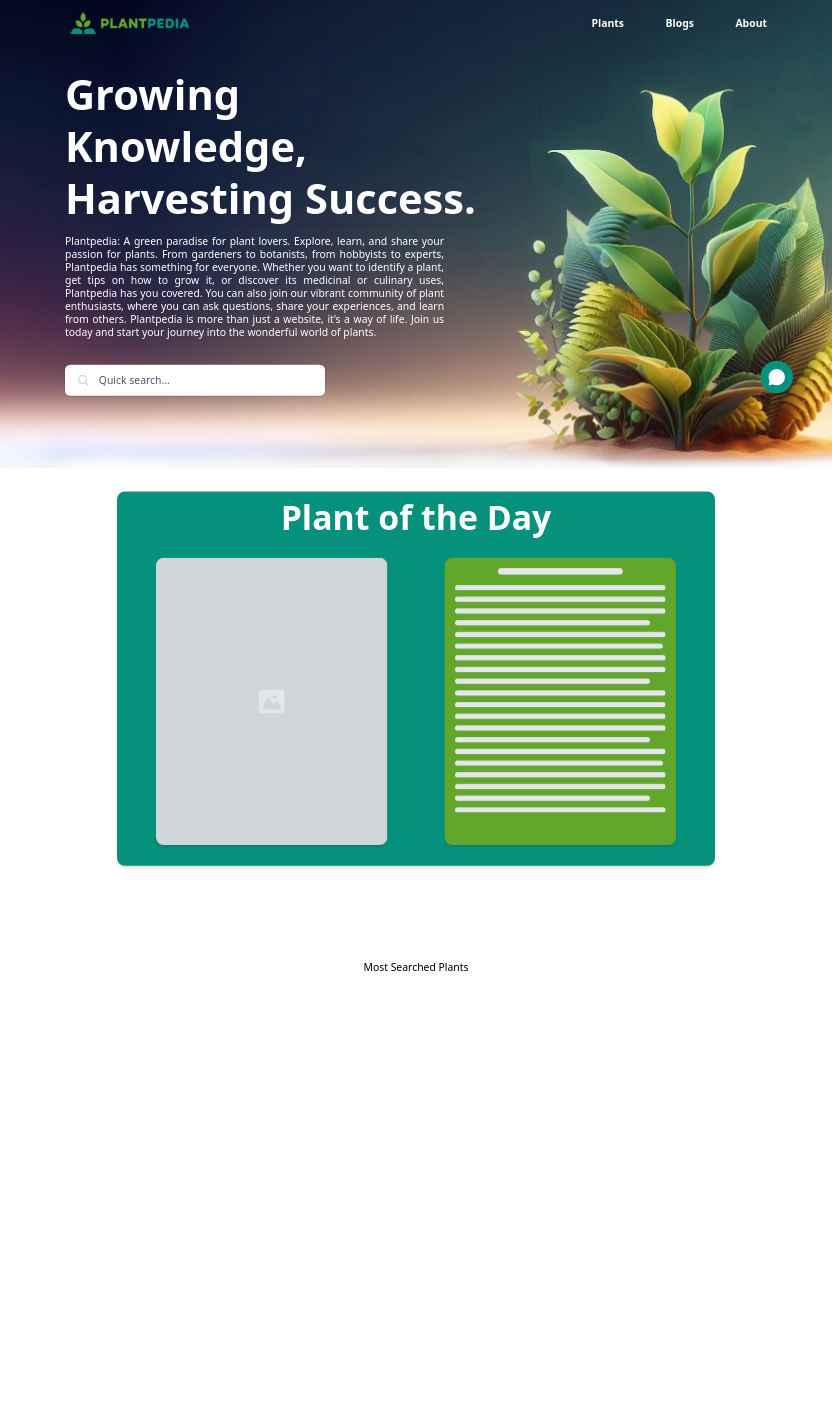
Repository: silham/PlantPedia
Page: /test/home
The author's editor kept a copy of each file at every save. The page is drawn from the files as they stood at one save, then again after the next save.
The browser window is 1280 px wide. The pictures show the whole page, at 65% of full size.
The page's requests for data from a server got no answer. The project was rebuilt for these pictures with package versions that can differ from the ones it lists, and the page was loaded fresh each time. The framework's server and built-in components were replaced by stand-ins that run in the browser. No one was signed in, and anything a server would have sent is missing. Also part of the build but not shown: next.config.js, app/components/SearchBox.css, app/test/Chat/style.css, app/utils/Formatter.ts.

Above is the page before, as saved 2023-10-16 14:40:21.

### app/layout.tsx
import "./globals.css";
import "remixicon/fonts/remixicon.css";
import type { Metadata } from "next";

export const metadata: Metadata = {
  title: "Plantpedia",
  description: "Growing knowledge, harvesting success",
};

export default function RootLayout({
  children,
}: {
  children: React.ReactNode;
}) {
  return (
    <html lang="en">
      <head>
        <meta
          name="format-detection"
          content="telephone=no, date=no, email=no, address=no"
        />
      </head>
      <body>{children}</body>
    </html>
  );
}

### app/test/home/page.tsx
import Image from "next/image";
import Link from "next/link";
import "./styles.css";
import { MainSearchBtn, SideSearchBtn } from "./SearchBtns";
import PlantOfDay from "./PlantOfDay";
import Chat from "../Chat/Chat";
import TrendingTopics from "./TrendingTopics";

const Home = () => {
  return (
    <>
      <section className="h-[100vh] w-[100vw] px-[100px] hero bg-cover text-white">
        <header className="h-[10vh] w-full flex justify-between py-2 items-center">
          <div className="h-full flex items-center justify-center">
            <Image src="/plantpedia.png" width={200} height={90} alt="logo" />
          </div>
          <nav className="flex justify-between text-[16px] font-semibold text-white w-[25%]">
            <Link href="/plants">Plants</Link>
            <Link href="/blogs">Blogs</Link>
            <Link href="/about#">About</Link>
          </nav>
        </header>
        <div className="w-[60%] h-full">
          <div className="flex flex-col justify-center h-full">
            <h2 className="text-[64px] font-extrabold leading-tight shadow-sm mb-4 -mt-[150px]">
              Growing Knowledge,
              <br />
              Harvesting Success.
            </h2>
            <h4 className="text-[16px] text-justify leading-tight w-[90%] mb-10">
              Plantpedia: A green paradise for plant lovers. Explore, learn, and
              share your passion for plants. From gardeners to botanists, from
              hobbyists to experts, Plantpedia has something for everyone.
              Whether you want to identify a plant, get tips on how to grow it,
              or discover its medicinal or culinary uses, Plantpedia has you
              covered. You can also join our vibrant community of plant
              enthusiasts, where you can ask questions, share your experiences,
              and learn from others. Plantpedia is more than just a website,
              it’s a way of life. Join us today and start your journey into the
              wonderful world of plants.
            </h4>
            <MainSearchBtn />
          </div>
        </div>
      </section>

      <section className="h-[100vh] w-[100vw] px-[180px]">
        <PlantOfDay />
      </section>

      <section className="h-[100vh] w-[100vw] px-[100px]">
        <TrendingTopics />
      </section>
      <SideSearchBtn />
      <Chat />
    </>
  );
};

export default Home;

### app/globals.css
@import url("https://fonts.googleapis.com/css2?family=Inter:wght@400;500;600&family=Poppins:wght@400;500;600&display=swap");
@tailwind base;
@tailwind components;
@tailwind utilities;

body {
  padding: 0;
  margin: 0;
  max-width: 100vw;
  overflow-x: hidden;
}

@layer utilities {
  .animation-delay-200 {
    animation-delay: 0.2s;
  }
  .animation-delay-400 {
    animation-delay: 0.4s;
  }
}

.circle {
  @apply w-2 h-2 mx-1 mb-0.5 mt-1 bg-gray-500 rounded-full;
}

### app/test/home/styles.css
.hero {
  background-image: url("/hero-bg.png");
}

.animate-sideSearchBtn-in {
  animation: animation-search-in 500ms ease-in forwards;
}

@keyframes animation-search-in {
  0% {
    opacity: 0;
    right: 0;
  }
  100% {
    opacity: 1;
    right: 60px;
  }
}

.animate-sideSearchBtn-out {
  animation: animation-search-out 500ms ease-out forwards;
}

@keyframes animation-search-out {
  0% {
    opacity: 1;
    right: 60px;
  }
  100% {
    opacity: 0;
    right: 0;
  }
}

### app/test/home/SearchBtns.tsx
"use client";
import SearchBox from "@/app/components/SearchBox";
import { useEffect, useRef } from "react";
import "./styles.css";

export const MainSearchBtn: React.FC = () => {
  const overlayRef = useRef<HTMLDivElement>(null);

  // This function is called when the "Start Searching" button gets clicked
  const openSearch = () => {
    if (overlayRef.current) {
      overlayRef.current.style.width = "100%";
    }
  };

  // This function is called when the "Close" button is clicked
  const closeSearch = () => {
    if (overlayRef.current) {
      overlayRef.current.style.width = "0%";
    }
  };
  return (
    <>
      <div>
        <button
          onClick={openSearch}
          type="button"
          className="hidden sm:flex items-center w-[400px] text-left space-x-3 px-4 h-12 bg-white ring-1 ring-slate-900/10 hover:ring-slate-300 focus:outline-none focus:ring-2 focus:ring-sky-500 shadow-sm rounded-lg text-slate-600"
        >
          <svg
            width="24"
            height="24"
            fill="none"
            stroke="currentColor"
            strokeWidth="2"
            strokeLinecap="round"
            strokeLinejoin="round"
            className="flex-none text-slate-300 dark:text-slate-400"
            aria-hidden="true"
          >
            <path d="m19 19-3.5-3.5"></path>
            <circle cx="11" cy="11" r="6"></circle>
          </svg>
          <span className="flex-auto">Quick search...</span>
        </button>
      </div>
      {/* The search overlay */}
      <div
        ref={overlayRef}
        className="flex h-[100vh] max-h-[100vh] w-0 fixed top-0 left-0 bg-black bg-opacity-90 duration-500 overflow-hidden z-10 "
      >
        <button
          className="absolute top-[20px] right-10 text-[60px] border-none bg-transparent cursor-pointer text-white"
          onClick={closeSearch}
        >
          &times;
        </button>
        <div className="relative top-[15%] w-full text-center mt-[30px] ">
          <SearchBox
            props={{
              n: 8,
              content: "",
              className:
                "relative w-[88%] flex justify-between items-center mx-[80px] rounded-full bg-[#EEF5B1] text-black",
              classNameUl:
                "absolute top-full left-0 right-0 z-10 bg-[#EEF5B1] rounded-lg shadow-lg overflow-hidden mt-[3px]",
              classNameLi: "border-b-[1px] border-gray-400",
              classNameLink:
                "px-4 py-2 hover:bg-gray-400 transition-colors flex flex-row justify-between items-center",
            }}
          />
        </div>
      </div>
    </>
  );
};

export const SideSearchBtn: React.FC = () => {
  const overlayRef = useRef<HTMLDivElement>(null);

  // This function is called when the "Start Searching" button gets clicked
  const openSearch = () => {
    if (overlayRef.current) {
      overlayRef.current.style.width = "100%";
    }
  };

  // This function is called when the "Close" button is clicked
  const closeSearch = () => {
    if (overlayRef.current) {
      overlayRef.current.style.width = "0%";
    }
  };
  useEffect(() => {
    const handleScroll = () => {
      const sideSearchBtn = document.getElementById("sideSearchBtn");
      var vh = window.innerHeight;
      var scrollHeight = window.scrollY;
      if (
        scrollHeight < vh * 0.2 &&
        sideSearchBtn?.classList.contains("animate-sideSearchBtn-in")
      ) {
        sideSearchBtn.classList.remove("animate-sideSearchBtn-in");
        sideSearchBtn.classList.add("animate-sideSearchBtn-out");
      }
      if (scrollHeight >= vh * 0.2) {
        sideSearchBtn?.classList.remove("animate-sideSearchBtn-out");
        sideSearchBtn?.classList.add("animate-sideSearchBtn-in");
      }
    };

    window.addEventListener("scroll", handleScroll);

    // Cleanup function to remove the event listener
    return () => {
      window.removeEventListener("scroll", handleScroll);
    };
  }, []); // Empty dependency array means this effect runs once on mount and cleanup on unmount

  return (
    <>
      <div
        id="sideSearchBtn"
        className="fixed bottom-[50px] right-0 opacity-0 rounded-full bg-custom-blue-green shadow-xl w-[50px] h-[50px] flex items-center justify-center cursor-pointer"
        onClick={openSearch}
      >
        <i className="text-[24px] text-white ri-search-2-line"></i>
      </div>
      {/* The search overlay */}
      <div
        ref={overlayRef}
        className="flex h-[100vh] max-h-[100vh] w-0 fixed top-0 left-0 bg-black bg-opacity-90 duration-500 overflow-hidden z-10 "
      >
        <button
          className="absolute top-[20px] right-10 text-[60px] border-none bg-transparent cursor-pointer text-white"
          onClick={closeSearch}
        >
          &times;
        </button>
        <div className="relative top-[15%] w-full text-center mt-[30px] ">
          <SearchBox
            props={{
              n: 8,
              content: "",
              className:
                "relative w-[88%] flex justify-between items-center mx-[80px] rounded-full bg-[#EEF5B1] text-black",
              classNameUl:
                "absolute top-full left-0 right-0 z-10 bg-[#EEF5B1] rounded-lg shadow-lg overflow-hidden mt-[3px]",
              classNameLi: "border-b-[1px] border-gray-400",
              classNameLink:
                "px-4 py-2 hover:bg-gray-400 transition-colors flex flex-row justify-between items-center",
            }}
          />
        </div>
      </div>
    </>
  );
};

### app/test/home/PlantOfDay.tsx
"use client";
import { useEffect, useState, useRef } from "react";
import Image from "next/image";
import TextShorter from "@/app/utils/TextShorter";
import Link from "next/link";
import UrlGen from "@/app/utils/SlugGen";

const PlantOfDay = () => {
  const isInitialized = useRef<boolean>(false); // todo : Remove at production
  const [Pod, setPod] = useState({
    id: 0,
    plantsId: "",
    plant: {
      common_name: "",
      scientific_name: "",
      img: "",
      description: "",
    },
  });
  const [imgWH, setImgWH] = useState([0, 0]);
  useEffect(() => {
    if (!isInitialized.current) {
      const fetchPod = async () => {
        try {
          const res = await fetch(`http://localhost:3000/api/pod`);
          const data = await res.json();
          setPod(data);
        } catch (error) {
          console.log(error);
        }
      };
      fetchPod();
      if (typeof window !== "undefined") {
        const vw = window.innerWidth;
        const vh = window.innerHeight;
        const imgWidth = Math.floor((vw - 232) * 0.4);
        const imgHeight = Math.floor(vh * 0.8 - 48);
        setImgWH([imgWidth, imgHeight]);
      }
      isInitialized.current = true;
    }
  }, []);

  return (
    <div className="flex rounded-xl bg-custom-blue-green w-full h-[80vh] my-[5vh] flex-col shadow-md">
      <div className="w-full h-[15%] flex justify-center">
        <h3 className="text-[52px] text-white font-black">Plant of the Day</h3>
      </div>
      <div className="w-[full] h-[85%] flex items-center pt-4 pb-8 px-4 justify-around">
        {Pod.plant.common_name != "" ? (
          <>
            <div
              className="h-full w-[40%] bg-amber-800 rounded-xl overflow-hidden object-contain shadow-md"
              id="pod_imageContainer"
            >
              {imgWH[0] ? (
                <Image
                  src={`https://ik.imagekit.io/shakil/agro_finder/tr:w-${imgWH[0]},h-${imgWH[1]}/${Pod.plant.img}`}
                  width={imgWH[0]}
                  height={imgWH[1]}
                  alt={Pod.plant.common_name}
                />
              ) : null}
            </div>
            <div className="h-full w-[40%] bg-custom-green rounded-xl flex items-center flex-col p-4 shadow-md">
              <h4 className="text-white text-[36px] font-bold leading-snug">
                {TextShorter(Pod.plant.common_name, 20)}
              </h4>
              <h5 className="text-white text-[24px] italic font-semibold mb-2">
                {Pod.plant.scientific_name}
              </h5>
              <div className="bg-white text-[16px] w-full flex-grow rounded-md p-2 text-justify">
                {TextShorter(Pod.plant.description, 350)}
              </div>
              <Link href={UrlGen("plants", Pod.plant.scientific_name)}>
                <button className="bg-custom-blue-green text-white text-[16px] font-semibold mt-4 py-2 px-4 rounded-md">
                  Learn more...
                </button>
              </Link>
            </div>
          </>
        ) : (
          <>
            <div
              className="h-full w-[40%] bg-transparent rounded-xl overflow-hidden object-contain shadow-md"
              id="pod_imageContainer"
            >
              <div
                role="status"
                className="flex items-center justify-center h-full w-full bg-gray-300 animate-pulse dark:bg-gray-700"
              >
                <svg
                  className="w-10 h-10 text-gray-200 dark:text-gray-600"
                  aria-hidden="true"
                  xmlns="http://www.w3.org/2000/svg"
                  fill="currentColor"
                  viewBox="0 0 20 18"
                >
                  <path d="M18 0H2a2 2 0 0 0-2 2v14a2 2 0 0 0 2 2h16a2 2 0 0 0 2-2V2a2 2 0 0 0-2-2Zm-5.5 4a1.5 1.5 0 1 1 0 3 1.5 1.5 0 0 1 0-3Zm4.376 10.481A1 1 0 0 1 16 15H4a1 1 0 0 1-.895-1.447l3.5-7A1 1 0 0 1 7.468 6a.965.965 0 0 1 .9.5l2.775 4.757 1.546-1.887a1 1 0 0 1 1.618.1l2.541 4a1 1 0 0 1 .028 1.011Z" />
                </svg>
                <span className="sr-only">Loading...</span>
              </div>
            </div>
            <div className="h-full w-[40%] bg-custom-green rounded-xl flex items-center flex-col p-4 shadow-md">
              <div role="status" className="w-full animate-pulse">
                <div className="w-full h-4 flex justify-center mb-2.5">
                  <div className="h-2.5 bg-gray-200 rounded-full dark:bg-gray-700 w-48 mb-4"></div>
                </div>
                <div className="h-2 bg-gray-200 rounded-full dark:bg-gray-700 max-w-[360px] mb-2.5"></div>
                <div className="h-2 bg-gray-200 rounded-full dark:bg-gray-700 mb-2.5"></div>
                <div className="h-2 bg-gray-200 rounded-full dark:bg-gray-700 max-w-[330px] mb-2.5"></div>
                <div className="h-2 bg-gray-200 rounded-full dark:bg-gray-700 max-w-[300px] mb-2.5"></div>
                <div className="h-2 bg-gray-200 rounded-full dark:bg-gray-700 max-w-[360px] mb-2.5"></div>
                <div className="h-2 bg-gray-200 rounded-full dark:bg-gray-700 max-w-[320px] mb-2.5"></div>
                <div className="h-2 bg-gray-200 rounded-full dark:bg-gray-700 mb-2.5"></div>
                <div className="h-2 bg-gray-200 rounded-full dark:bg-gray-700 max-w-[330px] mb-2.5"></div>
                <div className="h-2 bg-gray-200 rounded-full dark:bg-gray-700 max-w-[300px] mb-2.5"></div>
                <div className="h-2 bg-gray-200 rounded-full dark:bg-gray-700 max-w-[360px] mb-2.5"></div>
                <div className="h-2 bg-gray-200 rounded-full dark:bg-gray-700 max-w-[360px] mb-2.5"></div>
                <div className="h-2 bg-gray-200 rounded-full dark:bg-gray-700 mb-2.5"></div>
                <div className="h-2 bg-gray-200 rounded-full dark:bg-gray-700 max-w-[330px] mb-2.5"></div>
                <div className="h-2 bg-gray-200 rounded-full dark:bg-gray-700 max-w-[300px] mb-2.5"></div>
                <div className="h-2 bg-gray-200 rounded-full dark:bg-gray-700 max-w-[360px] mb-2.5"></div>
                <div className="h-2 bg-gray-200 rounded-full dark:bg-gray-700 max-w-[320px] mb-2.5"></div>
                <div className="h-2 bg-gray-200 rounded-full dark:bg-gray-700 mb-2.5"></div>
                <div className="h-2 bg-gray-200 rounded-full dark:bg-gray-700 max-w-[330px] mb-2.5"></div>
                <div className="h-2 bg-gray-200 rounded-full dark:bg-gray-700 max-w-[300px] mb-2.5"></div>
                <div className="h-2 bg-gray-200 rounded-full dark:bg-gray-700 max-w-[360px]"></div>
                <span className="sr-only">Loading...</span>
              </div>
            </div>
          </>
        )}
      </div>
    </div>
  );
};

export default PlantOfDay;

### app/test/home/TrendingTopics.tsx
import React from "react";

const TrendingTopics = () => {
  return (
    <div className="flex w-full">
      <div className="w-full flex justify-center h-[15%]">
        <h3 className="">Most Searched Plants</h3>
      </div>
    </div>
  );
};

export default TrendingTopics;

### app/components/SearchBox.tsx
"use client";
import Link from "next/link";
import { useEffect, useRef, useState } from "react";
import "./SearchBox.css";
import UrlGen from "../utils/SlugGen";

interface Props {
  props: {
    content: string;
    className: string;
    classNameUl: string;
    classNameLi: string;
    classNameLink: string;
    n: number;
  };
}

function SearchBox({ props }: Props) {
  const [searchTerm, setSearchTerm] = useState("");
  const [results, setResults] = useState([
    {
      id: "",
      common_name: "",
      scientific_name: "",
      type: "",
    },
  ]);
  const [isFocused, setIsFocused] = useState(false);
  const containerRef = useRef<HTMLDivElement>(null);
  const searchRef = useRef<HTMLInputElement>(null);

  let type = "";
  let term = "";
  const handleChange = async () => {
    if (searchRef.current !== null) {
      term = searchRef.current.value;
    }
    setSearchTerm(term);
    if (term.length > 0) {
      try {
        const res = await fetch(
          `http://localhost:3000/api/searchbar?q=${term}&type=${type}`
        );
        const data = await res.json();
        console.log(data);
        setResults(data);
        console.log(results);
      } catch (error) {
        console.log(error);
      }
    }
  };

  const clearSearch = () => {
    if (searchRef.current !== null) {
      searchRef.current.value = "";
    }

    setSearchTerm("");
    handleChange();
  };

  const handleFocus = () => {
    setIsFocused(true);
  };

  const handleBlur = () => {
    setTimeout(() => {
      setIsFocused(false);
    }, 500);
  };

  const handleClickOutside = (event: MouseEvent) => {
    if (
      containerRef.current &&
      !containerRef.current.contains(event.target as Node)
    ) {
      setIsFocused(false);
    }
  };

  useEffect(() => {
    document.addEventListener("mousedown", handleClickOutside);
    return () => {
      document.removeEventListener("mousedown", handleClickOutside);
    };
  }, []);

  useEffect(() => {
    if (searchRef.current) {
      searchRef.current.value = props.content;
      setSearchTerm(props.content);
    }
  }, []);

  return (
    <div className={props.className} ref={containerRef}>
      <input
        type="text"
        spellCheck="false"
        placeholder="Search for plants, plant disease & solutions and blogs..."
        className="w-[95%] h-[40px] focus:outline-none px-[15px] bg-transparent"
        maxLength={200}
        value={searchTerm}
        onChange={handleChange}
        id="searchBar"
        onFocus={handleFocus}
        onBlur={handleBlur}
        ref={searchRef}
        autoComplete="off"
        autoFocus
      />
      <div
        className="bg-black w-[32px] h-[32px] rounded-full mr-[4px] flex justify-center items-center cursor-pointer"
        onClick={clearSearch}
      >
        <i
          className={`text-[22px] text-white ${
            searchTerm ? "ri-close-line" : "ri-search-2-line"
          }`}
        ></i>
      </div>
      {searchTerm && isFocused && (
        <ul className={props.classNameUl}>
          <li className={props.classNameLi}>
            <Link
              href={`/api/search?q=${searchTerm}`}
              className={props.classNameLink}
            >
              {searchTerm}
            </Link>
          </li>
          {results[0].id != "" &&
            results.slice(0, props.n).map(
              (
                result: {
                  id: string;
                  type: string;
                  common_name: string;
                  scientific_name: string;
                },
                index
              ) => (
                <li key={index} className={props.classNameLi}>
                  <Link
                    href={UrlGen(
                      result.type.toLowerCase(),
                      result.scientific_name
                    )}
                    className={props.classNameLink}
                  >
                    <div className="flex">
                      <h4 className="font-semibold">{result.common_name}</h4>
                      <h5 className="text-gray-700 italic">
                        &nbsp;&#40;{result.scientific_name}&#41;
                      </h5>
                    </div>
                    <div
                      className={`rounded-full px-[7px] text-[12px] capitalize ${
                        result.type == "PLANTS"
                          ? "bg-green-400"
                          : result.type == "PESTS"
                          ? "bg-red-400"
                          : result.type == "BLIGHTS"
                          ? "bg-red-400"
                          : result.type == "PESTICIDES"
                          ? "bg-yellow-400"
                          : "bg-blue-400"
                      }`}
                    >
                      {result.type.toLowerCase()}
                    </div>
                  </Link>
                </li>
              )
            )}
        </ul>
      )}
    </div>
  );
}

export default SearchBox;

### app/utils/TextShorter.tsx
const TextShorter = (text: string, letters: number) => {
  if (text.length > letters) {
    return text.slice(0, letters - 2) + "...";
  } else {
    return text;
  }
};

export default TextShorter;

### app/utils/SlugGen.ts
const UrlGen = (type: string,scientific_name: string) => {
    let slug = scientific_name.replace(/ /g, "-").toLowerCase();
    let url = "/" + type.toLowerCase() + "/" + slug
    return url
}

export default UrlGen

### tailwind.config.ts
import type { Config } from 'tailwindcss'

const config: Config = {
  content: [
    './pages/**/*.{js,ts,jsx,tsx,mdx}',
    './components/**/*.{js,ts,jsx,tsx,mdx}',
    './app/**/*.{js,ts,jsx,tsx,mdx}',
  ],
  theme: {
    extend: {
      backgroundImage: {
        'gradient-radial': 'radial-gradient(var(--tw-gradient-stops))',
        'gradient-conic':
          'conic-gradient(from 180deg at 50% 50%, var(--tw-gradient-stops))',
      },
      colors:{
        'custom-green': '#62A72B',
        'custom-blue-green': '#06917D',
      },
      animation: {
        loader: 'loader 0.6s infinite alternate'
      },
      keyframes: {
        loader: {
          to: {
            opacity: "0.1",
            transform: 'translate3d(0, -0.3rem, 0)'
          }
        }
      }
    },
  },
  plugins: [],
}
export default config

Loaded but not shown: app/test/Chat/Chat.tsx (199 lines, source omitted)

After the next save:
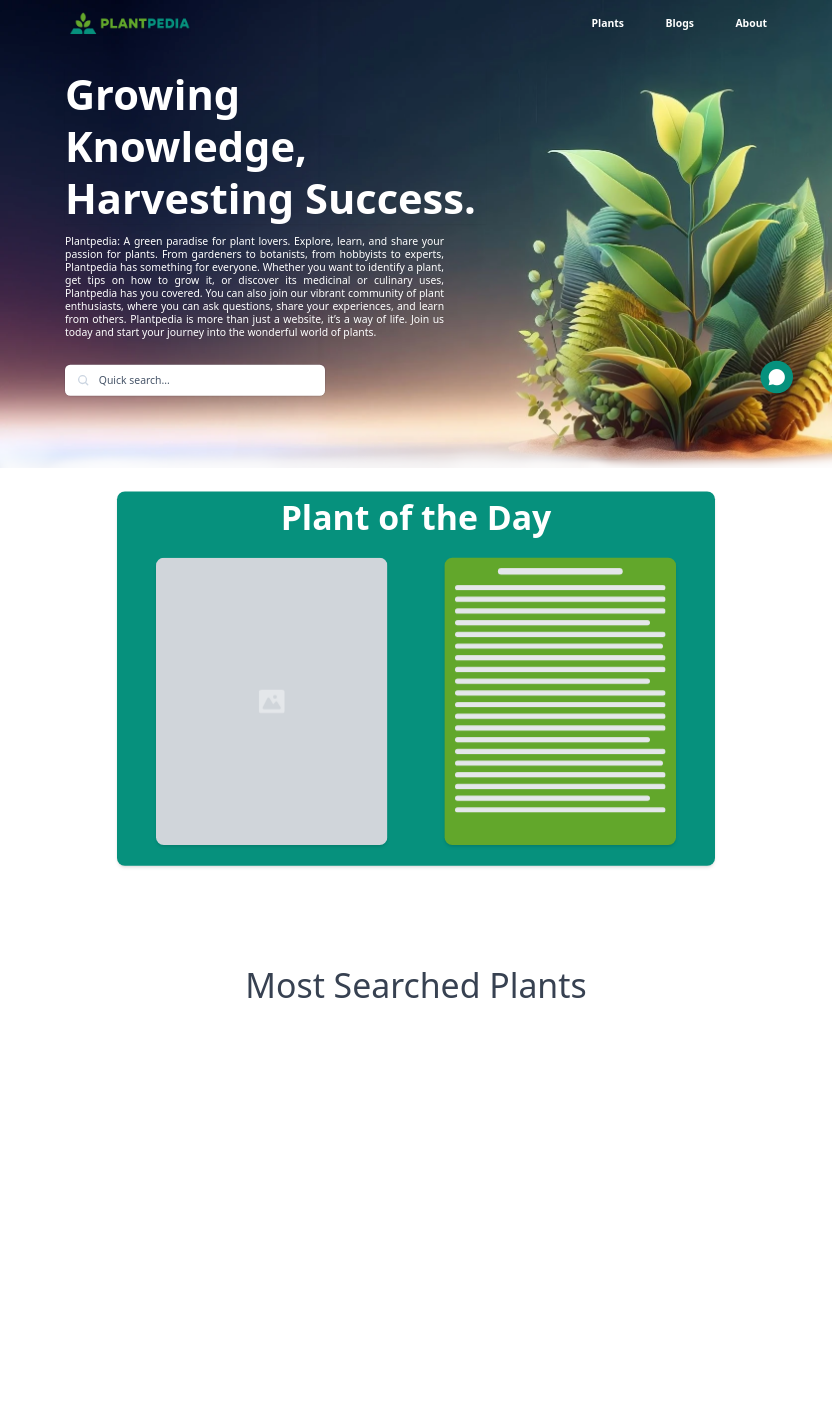
Saved 24 s later.
--- a/app/test/home/TrendingTopics.tsx
+++ b/app/test/home/TrendingTopics.tsx
@@ -4,7 +4,7 @@ const TrendingTopics = () => {
   return (
     <div className="flex w-full">
       <div className="w-full flex justify-center h-[15%]">
-        <h3 className="">Most Searched Plants</h3>
+        <h3 className="text-[52px] text-gray-700">Most Searched Plants</h3>
       </div>
     </div>
   );
